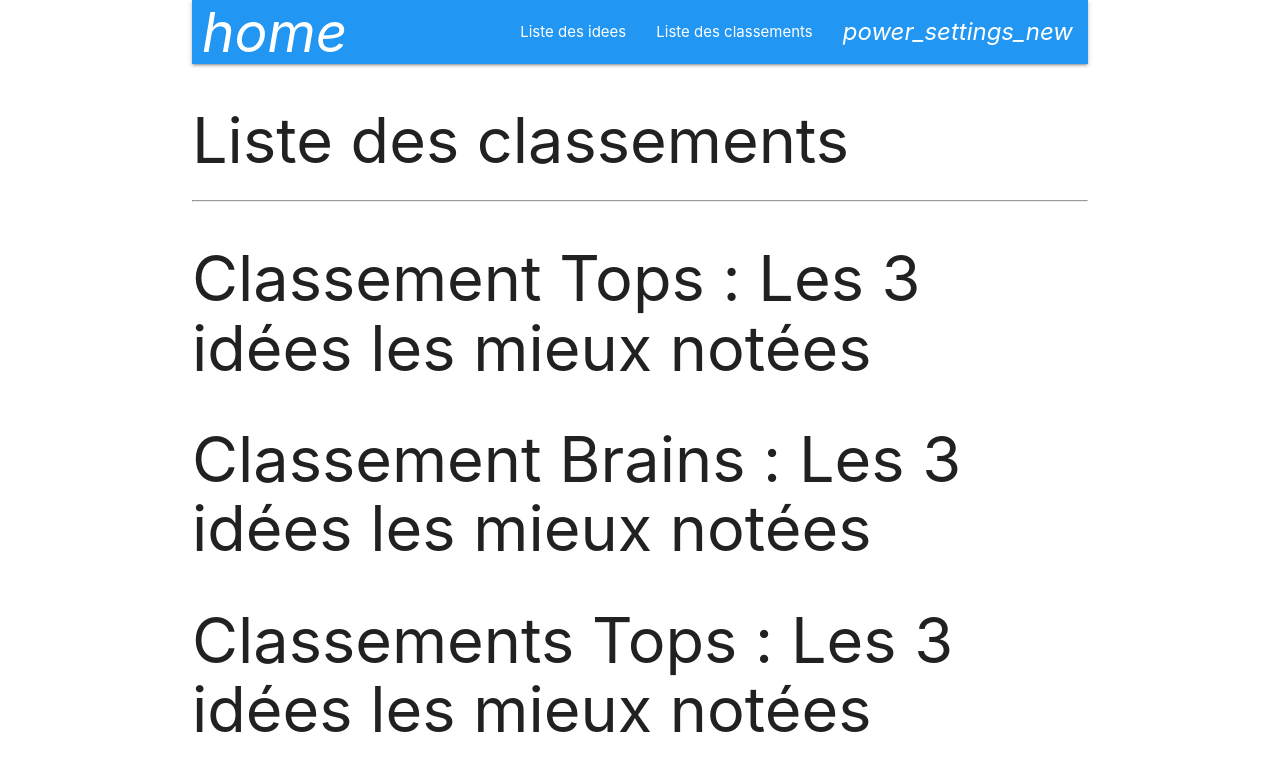
Repository: thdal/Atelier_JEE_16_02
Page: http://localhost/Atelier_JEE_16_02/WEB-INF/pages/classement/ListClassement.jsp
These files come from the project's save history. The page is drawn as it stood at one moment and after the next save; the edit follows.
The browser window is 1280 px wide. The pictures show the whole page.
The page is served by Tomcat 9. Nobody is signed in. The template is opened directly, without the code that normally fills it, so the values that code supplies are empty.

Above is the page before, as saved 2021-02-26 04:37:40.

After the next save:
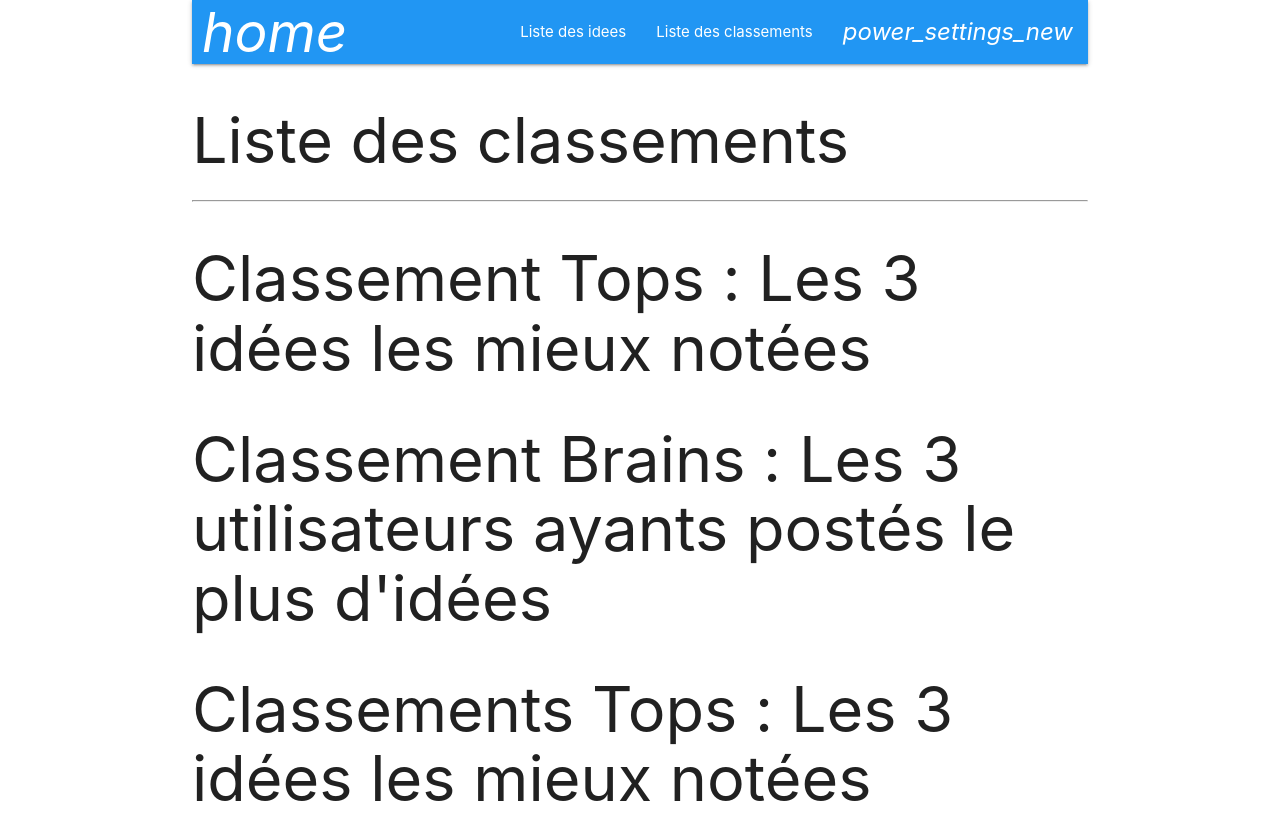
Saved 20 s later.
--- a/Atelier_JEE_16_02/src/main/webapp/WEB-INF/pages/classement/ListClassement.jsp
+++ b/Atelier_JEE_16_02/src/main/webapp/WEB-INF/pages/classement/ListClassement.jsp
@@ -14,7 +14,7 @@
 
 <h1>Classement Tops : Les 3 idées les mieux notées</h1>
 
-<h1>Classement Brains : Les 3 idées les mieux notées</h1>
+<h1>Classement Brains : Les 3 utilisateurs ayants postés le plus d'idées</h1>
 
 
 <h1>Classements Tops : Les 3 idées les mieux notées</h1>
